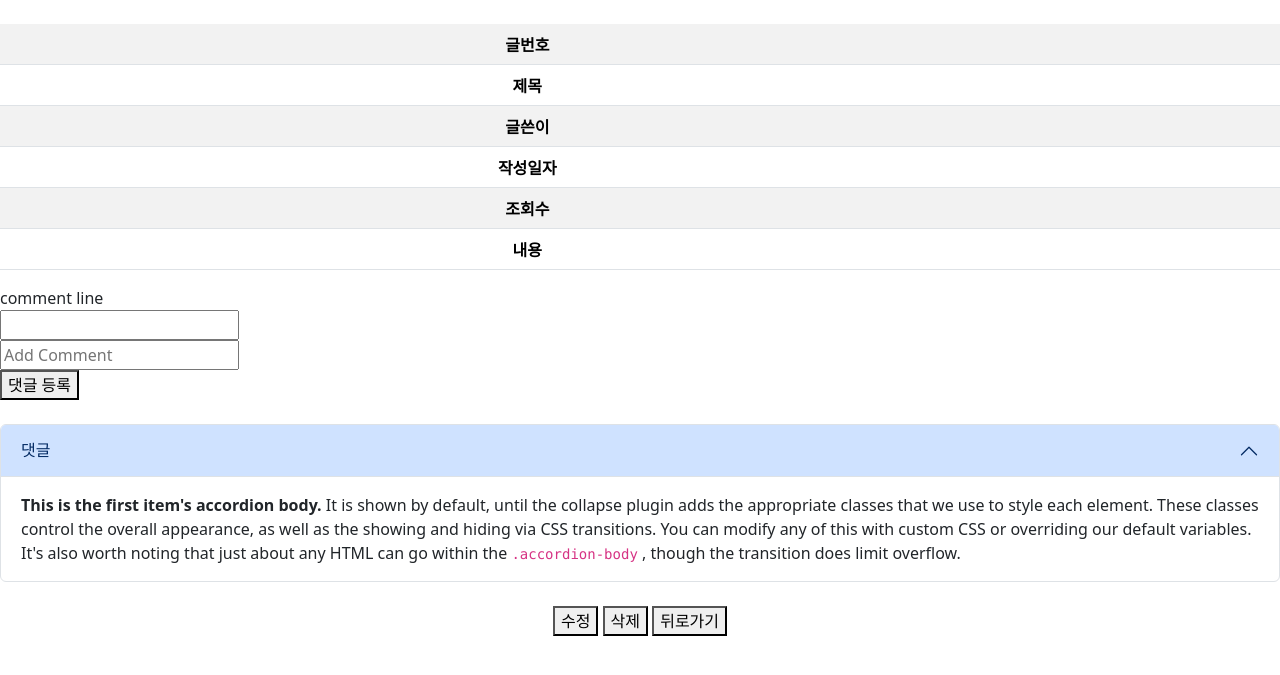
Repository: sujeong1799/JSP
Page: http://localhost/jsp_project/board/detail.jsp
The author's editor kept a copy of each file at every save. The page is drawn from the files as they stood at one save, then again after the next save.
The browser window is 1280 px wide. The pictures show the whole page.
The page is served by Tomcat 9. The template is opened directly, without the code that normally fills it, so the values that code supplies are empty.

Above is the page before, as saved 2023-05-19 02:17:44.

After the next save:
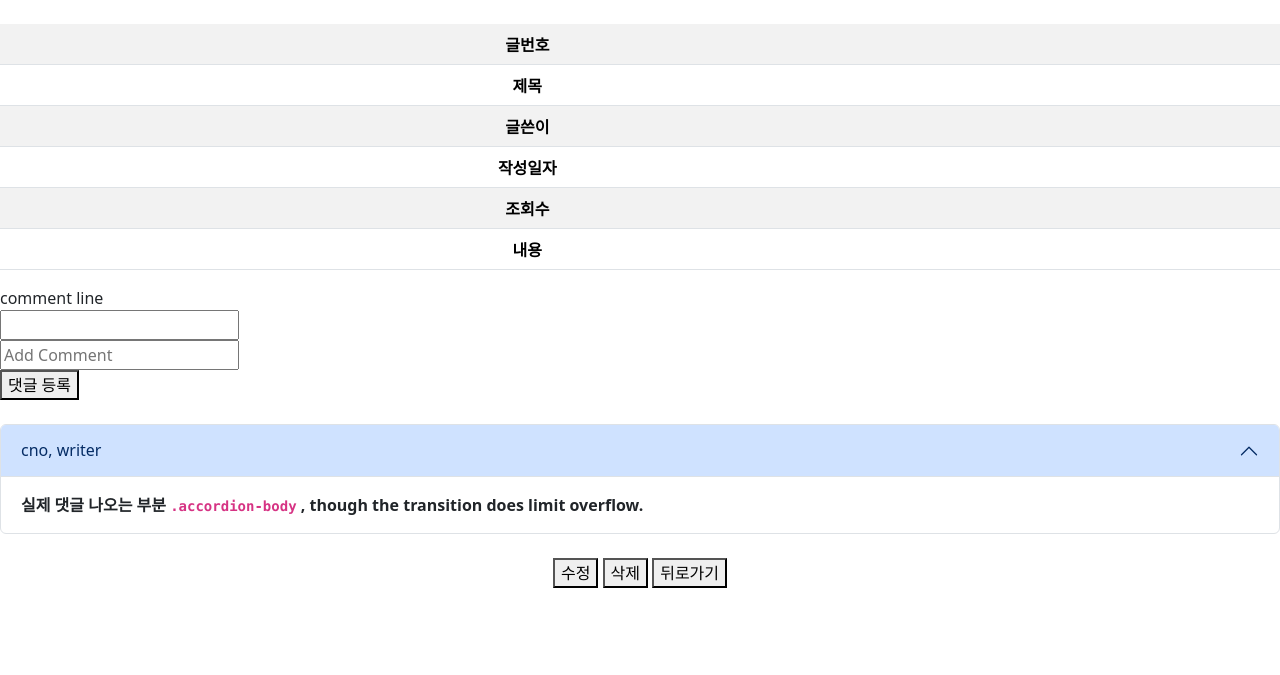
Saved 45 s later.
--- a/jsp_project2/jsp_project/src/main/webapp/board/detail.jsp
+++ b/jsp_project2/jsp_project/src/main/webapp/board/detail.jsp
@@ -65,18 +65,13 @@
 					<button class="accordion-button" type="button"
 						data-bs-toggle="collapse" data-bs-target="#collapseOne"
 						aria-expanded="true" aria-controls="collapseOne">
-						댓글</button>
+						cno, writer
+						</button>
 				</h2>
 				<div id="collapseOne" class="accordion-collapse collapse show"
 					aria-labelledby="headingOne" data-bs-parent="#accordionExample">
 					<div class="accordion-body">
-						<strong>This is the first item's accordion body.</strong> It is
-						shown by default, until the collapse plugin adds the appropriate
-						classes that we use to style each element. These classes control
-						the overall appearance, as well as the showing and hiding via CSS
-						transitions. You can modify any of this with custom CSS or
-						overriding our default variables. It's also worth noting that just
-						about any HTML can go within the
+						<strong>실제 댓글 나오는 부분
 						<code>.accordion-body</code>
 						, though the transition does limit overflow.
 					</div>
